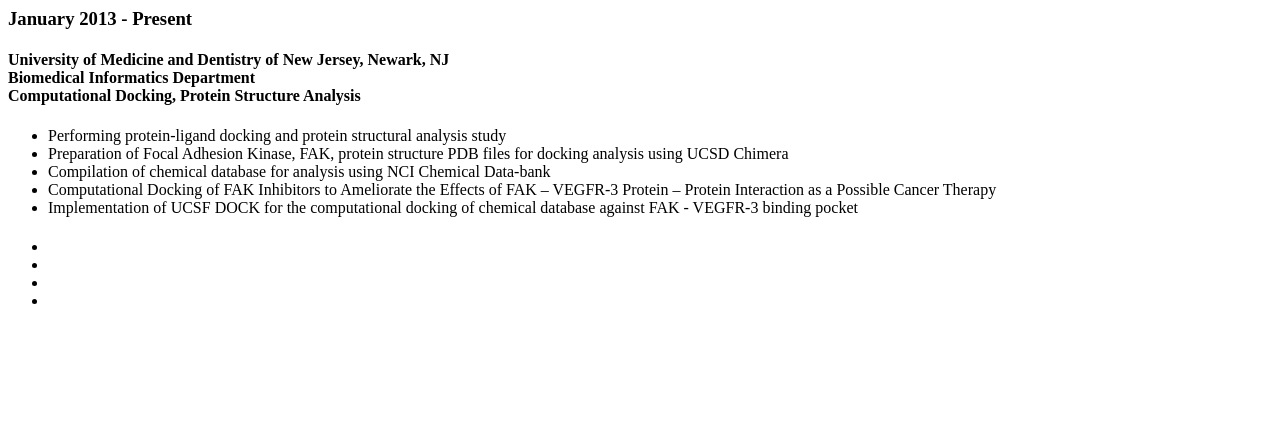
Repository: gmihalik/resume-website
Page: views/research.html
The author's editor kept a record of every edit. The page is drawn from the files as they stood at one moment, then again after the next edit.
The browser window is 1280 px wide. The pictures show the whole page.

Above is the page before.

### views/research.html
<h3>January 2013 - Present</h3>
<h4>University of Medicine and Dentistry of New Jersey, Newark, NJ
<br>Biomedical Informatics Department <br>Computational Docking, Protein Structure Analysis</h4>
<p>
<ul>
    <li>Performing protein-ligand docking and protein structural analysis study</li>
    <li>Preparation of Focal Adhesion Kinase, FAK, protein structure PDB files for docking analysis using UCSD Chimera</li>
    <li>Compilation of chemical database for analysis using NCI Chemical Data-bank</li>
    <li>Computational Docking of FAK Inhibitors to Ameliorate the Effects of FAK – VEGFR-3 Protein – Protein Interaction as a Possible Cancer Therapy</li>
    <li>Implementation of UCSF DOCK for the computational docking of chemical database against FAK - VEGFR-3 binding pocket</li>
</ul>
</p>


<h3></h3>
<h4></h4>
<p>
<ul>
    <li></li>
    <li></li>
    <li></li>
    <li></li>
</ul>
</p>

After the next edit:
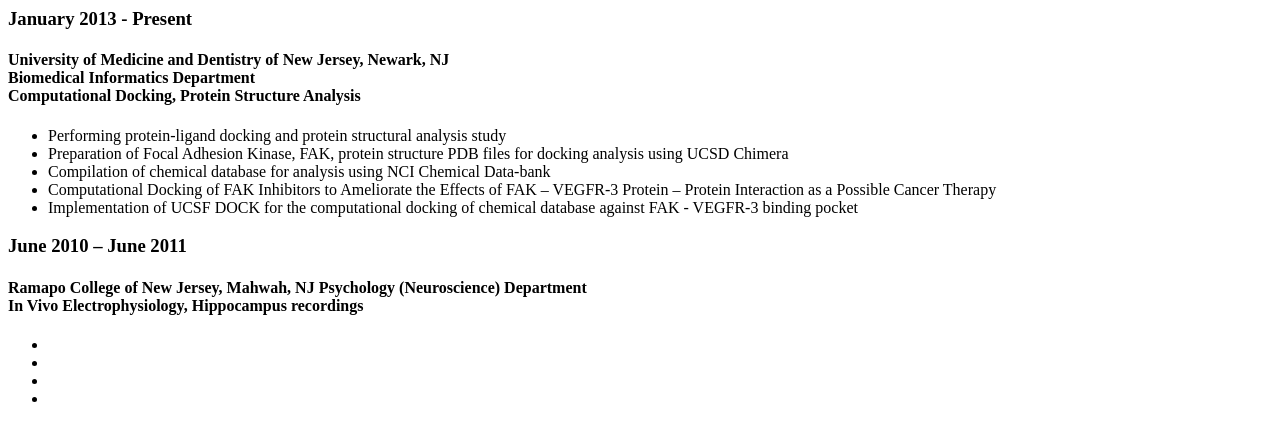
The edit:
--- a/views/research.html
+++ b/views/research.html
@@ -12,8 +12,9 @@
 </p>
 
 
-<h3></h3>
-<h4></h4>
+<h3>June 2010 – June 2011</h3>
+<h4>Ramapo College of New Jersey, Mahwah, NJ Psychology (Neuroscience) Department
+<br>In Vivo Electrophysiology, Hippocampus recordings</h4>
 <p>
 <ul>
     <li></li>
